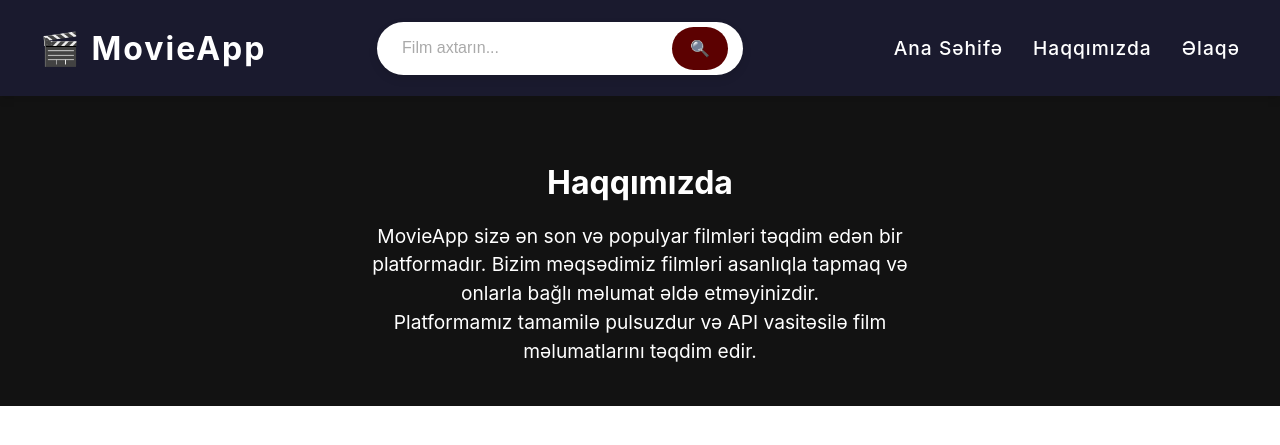
Repository: Zulfiyya077/InternIntelligence_MovieWebsite
Page: /about
An editor plug-in stored every save of this project. The page is shown before and after the next save, followed by the edit.
The browser window is 1280 px wide. The pictures show the whole page.
The project was rebuilt for these pictures with package versions that can differ from the ones it lists, and the page was loaded fresh each time. Also part of the build but not shown: vite.config.js, src/services/MovieService.jsx, src/components/MovieCard.module.css, src/components/MovieCard.jsx, src/pages/Home.module.css, src/pages/Home.jsx, src/pages/MovieDetailsPage.module.css, src/pages/MovieDetailsPage.jsx and 3 more.

Above is the page before, as saved 2025-02-24 01:44:55.

### src/App.jsx
import React from 'react';
import { BrowserRouter as Router, Routes, Route } from 'react-router-dom';
import Home from './pages/Home';
import MovieDetailsPage from './pages/MovieDetailsPage';
import Navbar from './components/Navbar';
import styles from './App.module.css';
import About from './pages/About';
import Contact from './pages/Contact';

const App = () => {
    return (
        <Router>
            <div className={styles.app}>
                <Navbar />
                <Routes>
                    <Route path="/" element={<Home />} />
                    <Route path="/about" element={<About />} />
                    <Route path="/contact" element={<Contact />} />
                    <Route path="/movie/:id" element={<MovieDetailsPage />} />
                </Routes>
            </div>
        </Router>
    );
};

export default App;

### src/components/Navbar.jsx
import React from 'react';
import { Link } from 'react-router-dom';
import SearchBar from './SearchBar';
import styles from './Navbar.module.css';

const Navbar = () => {
    return (
        <nav className={styles.navbar}>
            <div className={styles.logo}>
                <Link to="/">🎬 MovieApp</Link>
            </div>
            <SearchBar />
            <ul className={styles.navLinks}>
                <li><Link to="/">Ana Səhifə</Link></li>
                <li><Link to="/about">Haqqımızda</Link></li>
                <li><Link to="/contact">Əlaqə</Link></li>
            </ul>
        </nav>
    );
};

export default Navbar;

### src/pages/About.jsx
import React from 'react';
import styles from './About.module.css';

const About = () => {
    return (
        <div className={styles.about}>
            <h2>Haqqımızda</h2>
            <p>
                MovieApp sizə ən son və populyar filmləri təqdim edən bir platformadır.
                Bizim məqsədimiz filmləri asanlıqla tapmaq və onlarla bağlı məlumat əldə etməyinizdir.
            </p>
            <p>Platformamız tamamilə pulsuzdur və API vasitəsilə film məlumatlarını təqdim edir.</p>
        </div>
    );
};

export default About;

### src/components/SearchBar.jsx
import React, { useState } from 'react';
import { useNavigate } from 'react-router-dom';
import styles from './SearchBar.module.css';

const SearchBar = () => {
    const [query, setQuery] = useState('');
    const navigate = useNavigate();

    const handleSearch = (e) => {
        e.preventDefault();
        if (query.trim()) {
            navigate(`/search/${query}`);
            setQuery('');
        }
    };

    return (
        <form onSubmit={handleSearch} className={styles.searchBar}>
            <input
                type="text"
                placeholder="Film axtarın..."
                value={query}
                onChange={(e) => setQuery(e.target.value)}
            />
            <button type="submit">🔍</button>
        </form>
    );
};

export default SearchBar;

### src/components/Navbar.module.css
/* Navbar */
.navbar {
    display: flex;
    align-items: center;
    justify-content: space-between;
    background-color: #2f2f3d; /* Daha qaranlıq bir fon */
    padding: 20px 40px;
    color: white;
    box-shadow: 0 4px 8px rgba(0, 0, 0, 0.1); /* Sıx kölgə əlavə edildi */
    position: sticky;
    top: 0;
    z-index: 1000;
    transition: background-color 0.3s ease;
}

.navbar:hover {
    background-color: #1a1a2e; /* Navbar-ın hover effekti */
}

.logo a {
    font-size: 2rem;
    color: white;
    text-decoration: none;
    font-weight: 700;
    letter-spacing: 2px;
    transition: transform 0.3s ease, color 0.3s ease;
}

.logo a:hover {
    transform: scale(1.1); /* Hover effekti ilə logo böyüyəcək */
    color: #ffcc00; /* Hoverda logo rəngi dəyişir */
}

.navLinks {
    list-style: none;
    display: flex;
    gap: 30px;
}

.navLinks li {
    position: relative;
}

.navLinks li a {
    color: white;
    text-decoration: none;
    font-size: 1.2rem;
    font-weight: 500;
    letter-spacing: 1px;
    transition: color 0.3s ease, transform 0.3s ease;
}

.navLinks li a:hover {
    color: #ffcc00;
    transform: translateY(-5px); /* Hoverda yuxarı doğru hərəkət edir */
}

/* Underline hover animation */
.navLinks li a::after {
    content: '';
    position: absolute;
    width: 0;
    height: 2px;
    background-color: #ffcc00;
    left: 50%;
    bottom: -5px;
    transition: width 0.3s, left 0.3s;
    transform: translateX(0%);
}

.navLinks li a:hover::after {
    width: 100%; /* Hover edildikdə alt xətt tam görünür */
    left: 0;
}

/* Animation for navbar items */
.navLinks li {
    animation: fadeInUp 0.5s ease-out forwards;
    opacity: 0;
}

.navLinks li:nth-child(1) {
    animation-delay: 0.2s;
}

.navLinks li:nth-child(2) {
    animation-delay: 0.3s;
}

.navLinks li:nth-child(3) {
    animation-delay: 0.4s;
}

.navLinks li:nth-child(4) {
    animation-delay: 0.5s;
}

/* FadeInUp animation for nav items */
@keyframes fadeInUp {
    from {
        opacity: 0;
        transform: translateY(20px);
    }
    to {
        opacity: 1;
        transform: translateY(0);
    }
}

/* Responsive Navbar */
@media (max-width: 768px) {
    .navbar {
        flex-direction: column;
        padding: 15px 25px;
    }

    .navLinks {
        flex-direction: column;
        gap: 15px;
        margin-top: 20px;
    }

    .logo a {
        font-size: 1.8rem;
    }

    .navLinks li a {
        font-size: 1.2rem;
    }
}

### src/pages/About.module.css
.about {
    text-align: center;
    padding: 40px;
    color: white;
    background-color: #121212;
}

.about h2 {
    font-size: 2rem;
    margin-bottom: 20px;
}

.about p {
    font-size: 1.2rem;
    max-width: 600px;
    margin: 0 auto;
    line-height: 1.5;
}

### src/components/SearchBar.module.css
/* Search Bar */
.searchBar {
    display: flex;
    align-items: center;
    background-color: white;
    border-radius: 30px;
    box-shadow: 0 4px 10px rgba(0, 0, 0, 0.1);
    transition: box-shadow 0.3s ease, transform 0.3s ease;
    padding: 5px 15px;
}

.searchBar:hover {
    transform: scale(1.05); /* Search bar hover zamanı yavaşca böyüyür */
    box-shadow: 0 6px 15px rgba(0, 0, 0, 0.15); /* Hover zamanı kölgə daha da artır */
}

.searchBar input {
    border: none;
    padding: 10px;
    outline: none;
    font-size: 1rem;
    width: 250px;
    transition: width 0.3s ease, padding 0.3s ease;
    border-radius: 20px;
    color: #333;
    font-weight: 500;
}

.searchBar input:focus {
    width: 300px; /* Fokus halında genişlənir */
    padding: 12px;
    transition: all 0.3s ease;
}

.searchBar input::placeholder {
    color: #aaa;
    font-weight: 300;
    transition: color 0.3s ease;
}

.searchBar input:focus::placeholder {
    color: #ffcc00; /* Fokus halında placeholder rəngi dəyişir */
}

.searchBar button {
    background-color: #5c0101;
    border: none;
    padding: 12px 18px;
    cursor: pointer;
    font-size: 1rem;
    color: white;
    border-radius: 30px;
    margin-left: 10px;
    transition: background-color 0.3s ease, transform 0.3s ease;
}

.searchBar button:hover {
    background-color: #e6b800; /* Hoverda button rəngi dəyişir */
    transform: scale(1.1); /* Hoverda böyümə effekti */
}

.searchBar button:active {
    background-color: #d49e00; /* Klikləmə effekti */
    transform: scale(1); /* Tıkladıqda normal ölçüyə dönər */
}

.searchBar button:focus {
    outline: none;
    box-shadow: 0 0 0 4px rgba(255, 204, 0, 0.6); /* Fokusda şəffaf sarı rəngdə kontur */
}

Loaded but not shown: index.html (common file); src/main.jsx (common file); src/index.css (common file)

After the next save:
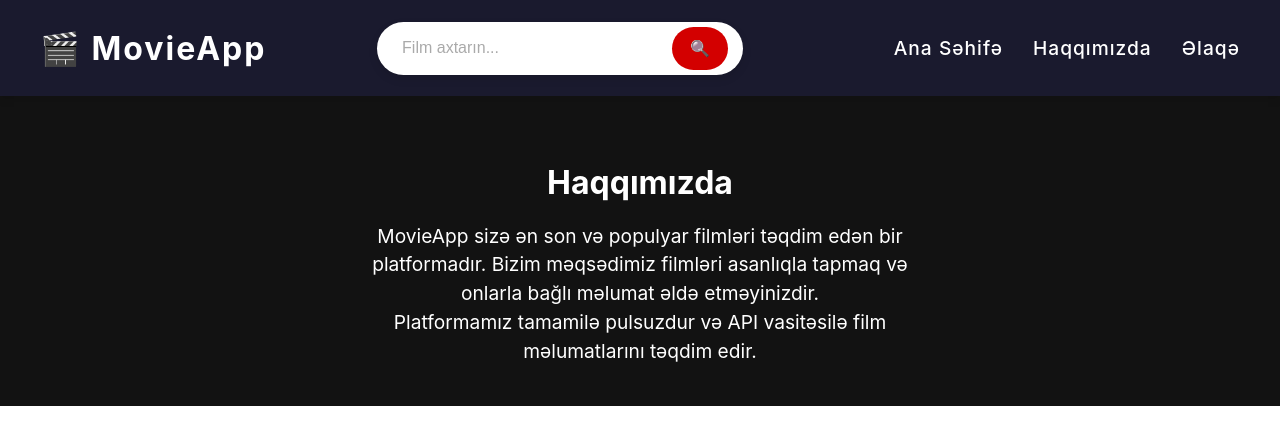
Saved 6 s later.
--- a/src/components/SearchBar.module.css
+++ b/src/components/SearchBar.module.css
@@ -43,7 +43,7 @@
 }
 
 .searchBar button {
-    background-color: #5c0101;
+    background-color: #d30000;
     border: none;
     padding: 12px 18px;
     cursor: pointer;
